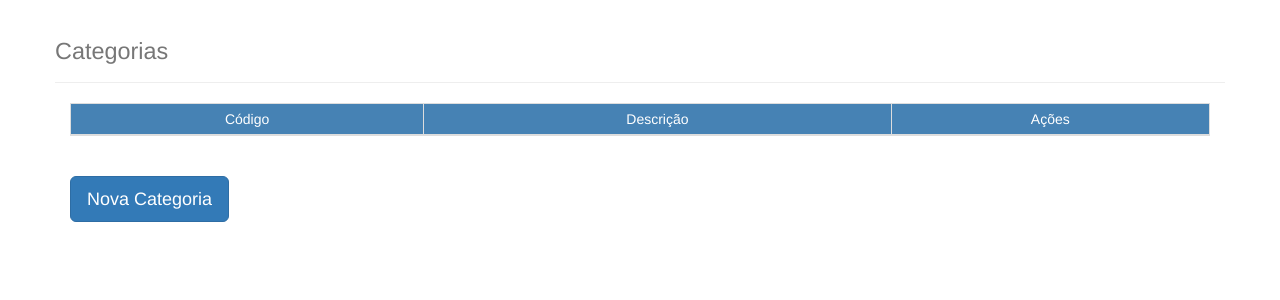
Repository: stefanyco/biblioteca
Page: http://localhost/Biblioteca/categoriaListar.jsp
The author's editor kept a copy of each file at every save. The page is drawn from the files as they stood at one save, then again after a run of saves.
The browser window is 1280 px wide. The pictures show the whole page.
The page is served by Tomcat 9. Queries for data that is not in the repository find no rows.

Above is the page before, as saved 2016-11-13 13:05:57.

After the next 2 saves:
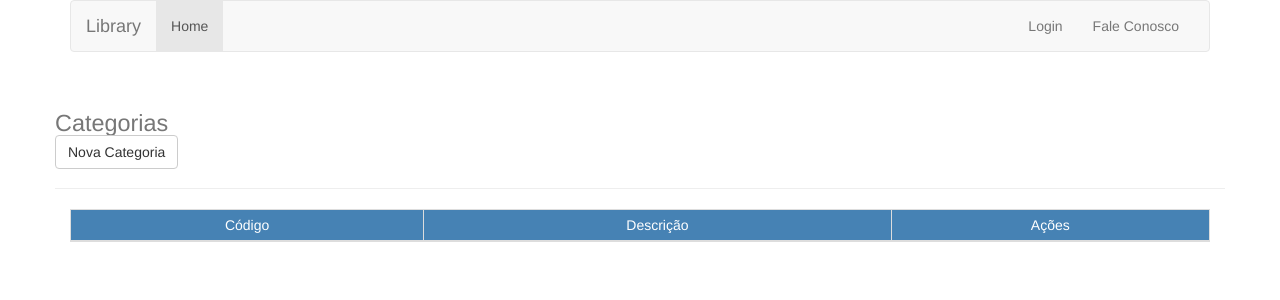
The 2 saves are shown as one change because they came seconds apart.
The last was saved 10 s later.
--- a/Sistema Biblioteca/Biblioteca/WebContent/categoriaListar.jsp
+++ b/Sistema Biblioteca/Biblioteca/WebContent/categoriaListar.jsp
@@ -11,11 +11,14 @@
 <title>*** Categorias ***</title>
 </head>
 <body>
+	<jsp:include page="cabecalhoMenu.jsp" />
 	<div class="container">
 		<div class="row">
 			<div class="page-header">
 				<h1>
 					<small>Categorias</small>
+					<br/>
+					<a href="categoriaAdicionar.jsp" class="btn btn-default">Nova Categoria</a>
 				</h1>
 			</div>
 			<div class="col-xs-12">
@@ -43,7 +46,12 @@
 						%>
 						<tbody>
 							<tr>
-
+								<td align="center"><%=categoria.getIdCategoria() %></td>
+								<td><%=categoria.getNome() %></td>
+								<td><a href="categoria?acao=editar&id=<%=categoria.getIdCategoria() %>">Alterar</a></td>
+								<td>
+									<a href="categoria?acao=remover&id=<%=categoria.getIdCategoria() %>">Remover</a>
+								</td>
 							</tr>
 						</tbody>
 						<%
@@ -51,7 +59,6 @@
 						%>
 					</table>
 					<br/>
-					<a href="categoriaAdicionar.jsp" class="btn btn-primary btn-lg">Nova Categoria</a>
 				</div>
 			</div>
 		</div>
